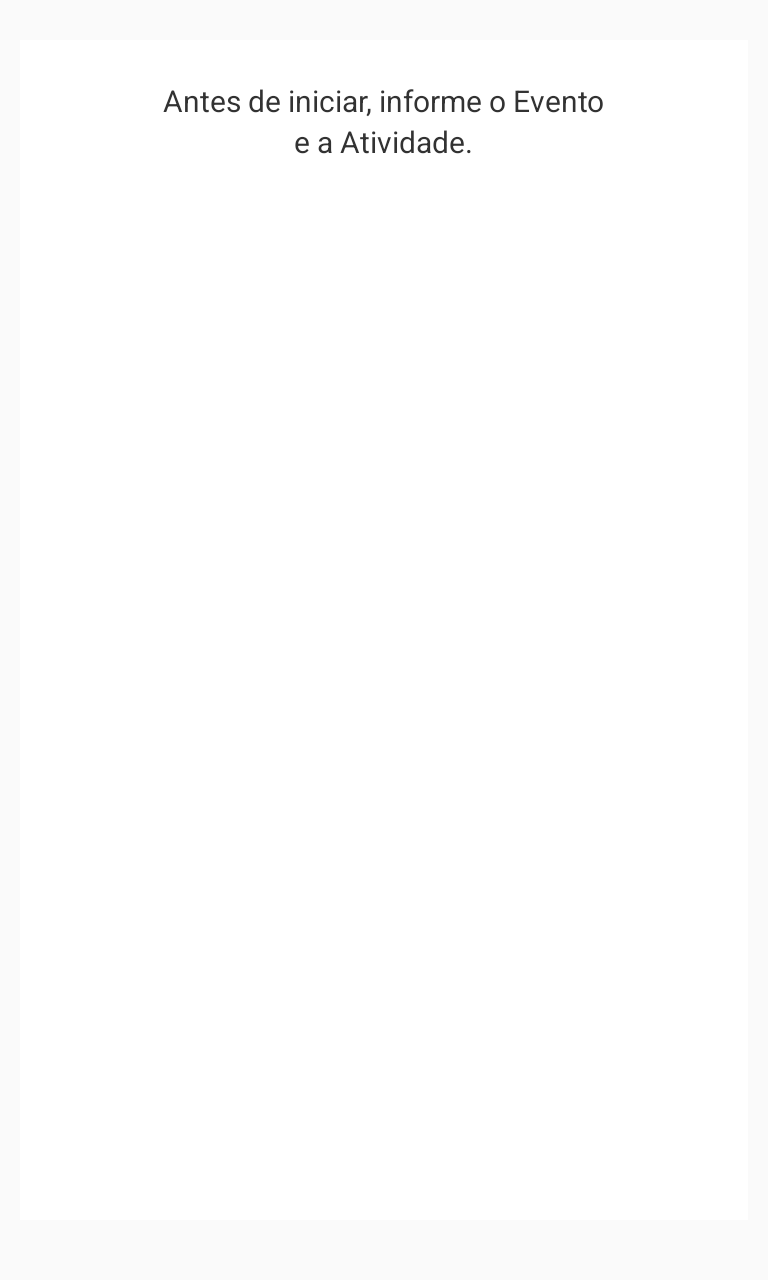
Repository: jhonpatrick/Projeto-QrCode-TDA-Informatica-
Layout: Intelligence/res/layout/activity_tela_de_atividades.xml
The author's editor kept a copy of each file at every save. The layout is drawn from the files as they stood at one save, then again after the next save.
It is drawn on a 768 x 1280 px phone screen (xhdpi) without system bars, with theme AppTheme; the app's code is not run.

Above is the layout before, as saved 2016-03-17 13:02:00.

After the next save:
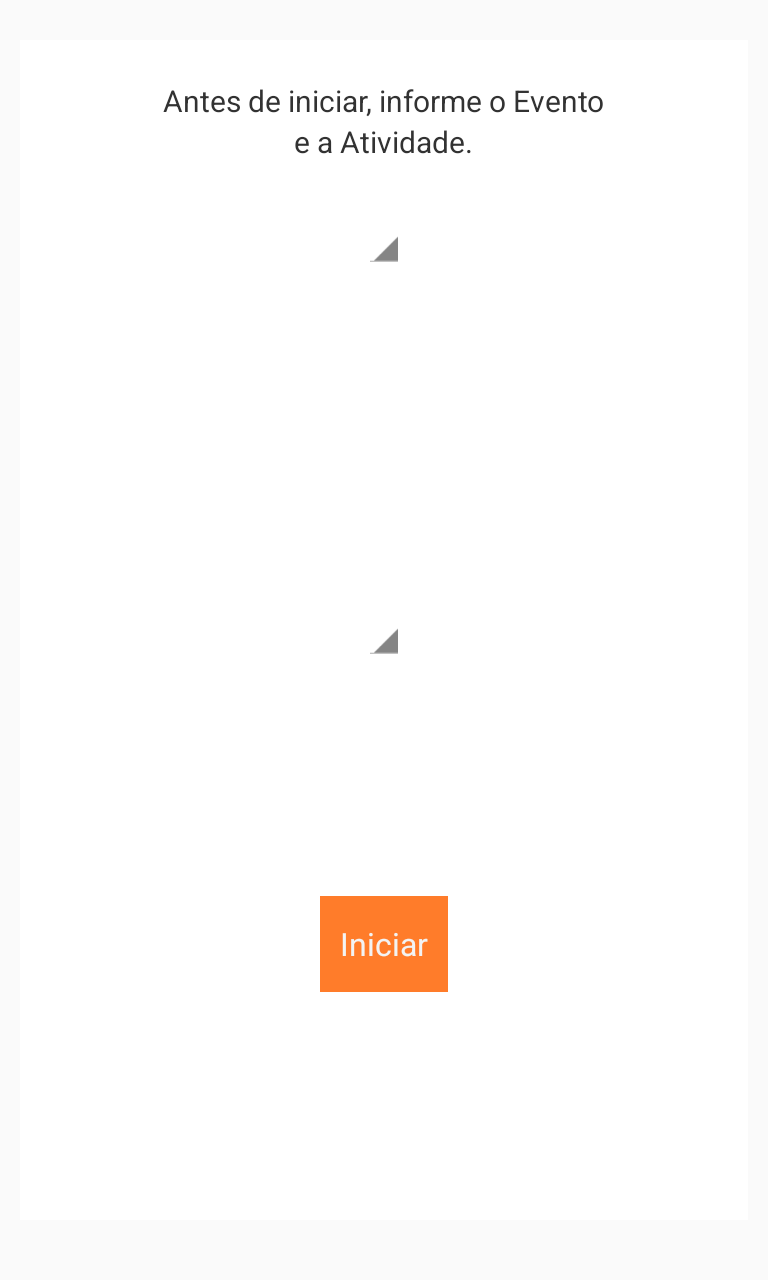
Saved 75 s later.
--- a/Intelligence/res/layout/activity_tela_de_atividades.xml
+++ b/Intelligence/res/layout/activity_tela_de_atividades.xml
@@ -1,9 +1,9 @@
 <RelativeLayout xmlns:android="http://schemas.android.com/apk/res/android"
     xmlns:tools="http://schemas.android.com/tools"
+    android:id="@+id/layout1"
     android:layout_width="match_parent"
     android:layout_height="match_parent"
     android:background="#fafafa"
-    android:id="@+id/layout1"
     tools:context="br.com.intelligence.TelaDeAtividades" >
 
     <RelativeLayout
@@ -38,6 +38,33 @@
             android:text="@string/info2"
             android:textSize="15sp" />
 
+        <Spinner
+            android:id="@+id/spinner1"
+            android:layout_width="wrap_content"
+            android:layout_height="wrap_content"
+            android:layout_below="@+id/txt_info3"
+            android:layout_centerHorizontal="true"
+            android:layout_marginTop="22dp" />
+
+        <Spinner
+            android:id="@+id/spinner2"
+            android:layout_width="wrap_content"
+            android:layout_height="wrap_content"
+            android:layout_centerHorizontal="true"
+            android:layout_centerVertical="true" />
+
+        <Button
+            android:id="@+id/button1"
+            style="@style/ShareButton"
+            android:layout_width="wrap_content"
+            android:layout_height="wrap_content"
+            android:layout_alignParentBottom="true"
+            android:layout_centerHorizontal="true"
+            android:layout_marginBottom="114dp"
+            android:background="#ff7c2a"
+            android:onClick="iniciar"
+            android:text="@string/iniciar"
+            android:textSize="16sp" />
     </RelativeLayout>
 
 </RelativeLayout>
